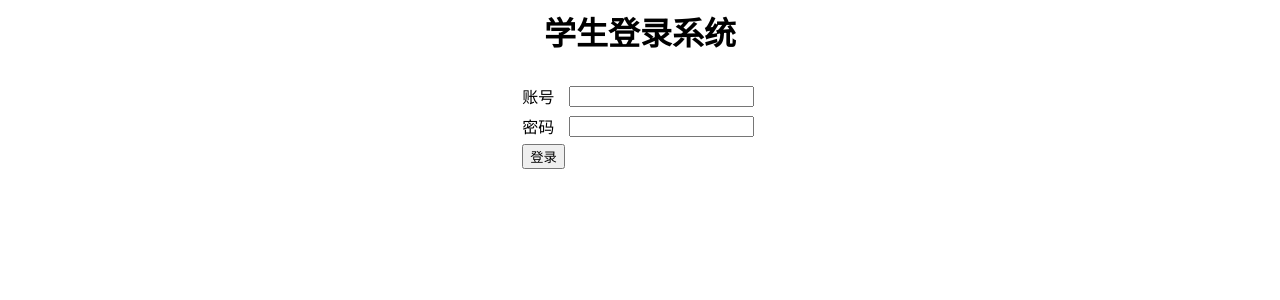
Repository: qq847261175/JavaWeb
Page: http://localhost/Student_Manager_Systerm/
An editor plug-in stored every save of this project. The page is shown before and after the next save, followed by the edit.
The browser window is 1280 px wide. The pictures show the whole page.
The page is served by Tomcat 9. Other server files are loaded and not shown.

Above is the page before, as saved 2016-10-30 07:08:32.

### Student_Manager_Systerm/WebRoot/index.jsp
<%@ page language="java" import="java.util.*" pageEncoding="UTF-8"%>

<!DOCTYPE HTML PUBLIC "-//W3C//DTD HTML 4.01 Transitional//EN">
<html>
  <head>
  <title>学生管理系统登录</title>
  </head>
  <body>
  <div align="center">
    <h1>学生登录系统</h1>
  <form action="/Student_Manager_Systerm/LoginServlet" method="post">
    <table>
    <tr>
    <td>
     ${msg}
    <td>
    <tr/>
    <tr>
    <td>账号 <td/>
    <td><input type="text" name="username"/><td/>
    <tr/>
    <tr>
    <td>密码 <td/>
    <td><input type="password" name="password"/><td/>
     <tr/>
	<tr>
    <td colspan="2"><input  type="submit" value="登录"/><td/>
     <tr/>
    </table>
    </form>
    <div/>
  </body>
</html>

After the next save:
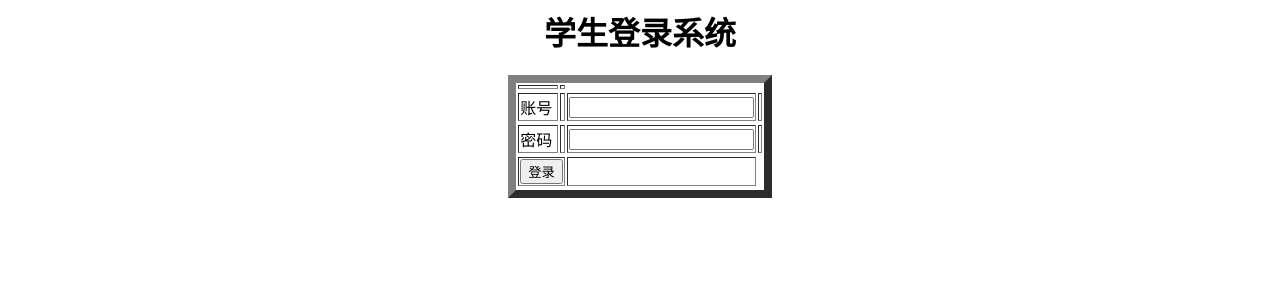
Saved 10 s later.
--- a/Student_Manager_Systerm/WebRoot/index.jsp
+++ b/Student_Manager_Systerm/WebRoot/index.jsp
@@ -9,7 +9,7 @@
   <div align="center">
     <h1>学生登录系统</h1>
   <form action="/Student_Manager_Systerm/LoginServlet" method="post">
-    <table>
+    <table border="8">
     <tr>
     <td>
      ${msg}
